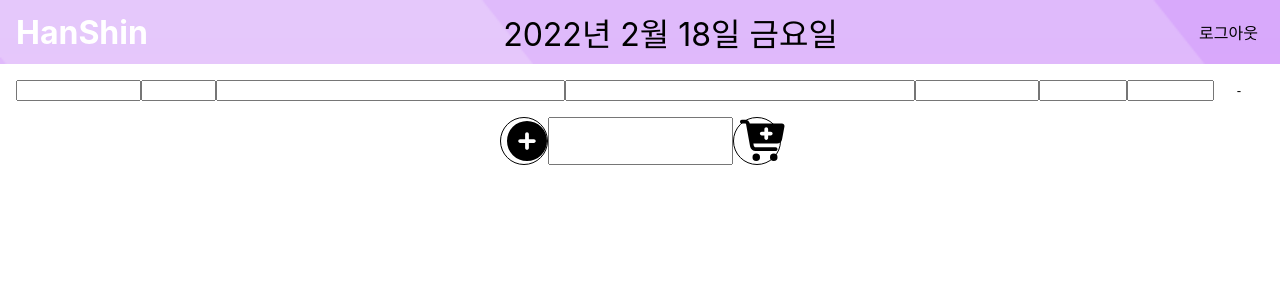
Repository: SeungYn/hanshinClient
Page: /add
These files come from the project's save history. The page is drawn as it stood at one moment and after a run of saves; the edit follows.
The browser window is 1280 px wide. The pictures show the whole page.
The project was rebuilt for these pictures with package versions that can differ from the ones it lists, and the page was loaded fresh each time. Also part of the build but not shown: src/App.css, src/components/item/item.jsx, src/components/package/package.module.css, src/components/package/package.jsx.

Above is the page before, as saved 2022-02-20 02:49:36.

### public/index.html
<!DOCTYPE html>
<html lang="en">
  <head>
    <meta charset="utf-8" />
    <link rel="icon" href="%PUBLIC_URL%/favicon.ico" />
    <meta name="viewport" content="width=device-width, initial-scale=1" />
    <meta name="theme-color" content="#000000" />
    <meta
      name="description"
      content="Web site created using create-react-app"
    />
  </head>
  <body>
    <div id="root"></div>
  </body>
</html>

### src/index.js
import React from 'react';
import ReactDOM from 'react-dom';
import './index.css';
import App from './App';
import { BrowserRouter } from 'react-router-dom';
ReactDOM.render(
  <React.StrictMode>
    <BrowserRouter>
      <App />
    </BrowserRouter>
  </React.StrictMode>,
  document.getElementById('root')
);

### src/index.css
html {
  height: 100%;
}
body {
  margin: 0;
  font-family: -apple-system, BlinkMacSystemFont, 'Segoe UI', 'Roboto', 'Oxygen',
    'Ubuntu', 'Cantarell', 'Fira Sans', 'Droid Sans', 'Helvetica Neue',
    sans-serif;
  -webkit-font-smoothing: antialiased;
  -moz-osx-font-smoothing: grayscale;
  height: 100%;
}
h1 {
  margin: 0;
}
code {
  font-family: source-code-pro, Menlo, Monaco, Consolas, 'Courier New',
    monospace;
}

* {
  box-sizing: border-box;
}
p,
h2 {
  margin: 0;
  padding: 0;
}

ul {
  list-style: none;
  margin: 0;
  padding: 0;
}

### src/App.jsx
import './App.css';
import Header from './components/header/header';
import Package from './components/package/package';
import { Route, Routes } from 'react-router-dom';
import AddBoxs from './addboxs/addBoxs';
function App() {
  return (
    <div className='app'>
      <Header />
      <Routes>
        <Route exact path='/' element={<Package />} />
        <Route exact path='/add' element={<AddBoxs />} />
      </Routes>
    </div>
  );
}

export default App;

### src/components/header/header.jsx
import React, { useEffect, useState } from 'react';
import styles from './header.module.css';

const Header = (props) => {
  const [date, setDate] = useState(new Date());
  const [month, setMonth] = useState('');
  const [year, setYear] = useState('');
  const [day, setDay] = useState('');
  const [dates, setDates] = useState('');

  useEffect(() => {
    setMonth(date.getMonth() + 1);
    switch (date.getDay()) {
      case 0:
        setDay('일');
        break;
      case 1:
        setDay('월');
        break;
      case 2:
        setDay('화');
        break;
      case 3:
        setDay('수');
        break;
      case 4:
        setDay('목');
        break;
      case 5:
        setDay('금');
        break;
      case 6:
        setDay('토');
        break;
    }
    setYear(date.getFullYear());
    setDates(date.getDate());
  }, [date, month, year, dates, day]);

  return (
    <header className={styles.header}>
      <h1 className={styles.title}>HanShin</h1>
      <p
        className={styles.day}
      >{`${year}년 ${month}월 ${dates}일 ${day}요일`}</p>
      <nav className={styles.menu}>
        <button className={styles.menu__item}>로그아웃</button>
      </nav>
    </header>
  );
};

export default Header;

### src/addboxs/addBoxs.jsx
import React, { useRef, useState } from 'react';
import styles from './addBoxs.module.css';
import { FontAwesomeIcon } from '@fortawesome/react-fontawesome';
import { faCirclePlus, faCartPlus } from '@fortawesome/free-solid-svg-icons';

const AddBoxs = (props) => {
  const [boxList, setBoxList] = useState([
    {
      date: '',
      kind: '',
      sender: '',
      receiver: '',
      receivedDate: '',
      position: '',
      name: '',
    },
  ]);

  const countRef = useRef();

  const onSubmit = (e) => {
    e.console.log(1);
  };

  const onChange = (event, index) => {
    const boxs = [...boxList];
    const name = event.currentTarget.name;
    const value = event.currentTarget.value;

    boxs[index][name] = value;
    setBoxList(boxs);

    // switch (name) {
    //   case 'date':
    //     boxs[index][name] = value;
    //     return setBoxList(boxs);
    //   case 'kind':
    //     boxs[index][name] = value;
    //     return setBoxList(boxs);
    //   case 'sender':
    //     boxs[index][name] = value;
    //     return setBoxList(boxs);
    //   case 'receiver':
    //     boxs[index][name] = value;
    //     return setBoxList(boxs);
    //   case 'receivedDate':
    //     boxs[index][name] = value;
    //     return setBoxList(boxs);
    //   case 'position':
    //     boxs[index][name] = value;
    //     return setBoxList(boxs);
    //   case 'name':
    //     boxs[index][name] = value;
    //     return setBoxList(boxs);
    // }
  };

  const onAdd = () => {
    setBoxList([
      ...boxList,
      {
        date: '',
        kind: '',
        sender: '',
        receiver: '',
        receivedDate: '',
        position: '',
        name: '',
      },
    ]);
  };

  const onMultiAdd = () => {
    const count = countRef.current.value;
    const boxs = [...boxList];
    for (let i = 0; i < count; i++) {
      boxs.push({
        date: '',
        kind: '',
        sender: '',
        receiver: '',
        receivedDate: '',
        position: '',
        name: '',
      });
    }
    setBoxList(boxs);
  };

  const onRemove = (event, index) => {
    const boxs = [...boxList];
    boxs.splice(index, 1);
    setBoxList(boxs);
  };

  return (
    <section className={styles.addContainer}>
      <form onSubmit={onSubmit} className={styles.addForm}>
        {boxList.map((box, index) => {
          return (
            <div className={styles.items} key={index}>
              <input
                type='text'
                name='date'
                onChange={(event) => onChange(event, index)}
                value={box.date}
              />
              <input
                type='text'
                name='kind'
                onChange={(event) => onChange(event, index)}
                value={box.kind}
              />
              <input
                type='text'
                name='sender'
                onChange={(event) => onChange(event, index)}
                value={box.sender}
              />
              <input
                type='text'
                name='receiver'
                onChange={(event) => onChange(event, index)}
                value={box.receiver}
              />
              <input
                type='text'
                name='receivedDate'
                onChange={(event) => onChange(event, index)}
                value={box.receivedDate}
              />
              <input
                type='text'
                name='position'
                onChange={(event) => onChange(event, index)}
                value={box.position}
              />
              <input
                type='text'
                name='name'
                onChange={(event) => onChange(event, index)}
                value={box.name}
              />
              <button type='button' onClick={(event) => onRemove(event, index)}>
                -
              </button>
            </div>
          );
        })}
      </form>
      <div className={styles.bottomBtn}>
        <button className={styles.addBtn} onClick={onAdd}>
          <FontAwesomeIcon icon={faCirclePlus} size='3x' />
        </button>
        <input type='text' name='count' ref={countRef} />
        <button className={styles.addBtn} onClick={onMultiAdd}>
          <FontAwesomeIcon icon={faCartPlus} size='3x' />
        </button>
      </div>
    </section>
  );
};

export default AddBoxs;

### src/components/header/header.module.css
header {
  background: no-repeat url('./backimg.png');
  background-size: cover;
  height: 4rem;
  display: flex;
  justify-content: space-between;
  align-items: center;
  padding: 0.1rem 1rem;
}

.title {
  color: white;
}
.day {
  font-size: 2rem;
}
.menu__item {
  border: 0;
  background: none;
  font-size: 1rem;
}

### src/addboxs/addBoxs.module.css
.addContainer {
  width: 100%;
  display: flex;
  flex-direction: column;
  align-items: center;
}

.addForm {
  width: 100%;
  padding: 1rem;
}

.items {
  display: grid;
  grid-template-columns: 10% 6% 28% 28% 10% 7% 7% 4%;
  align-items: center;
}

button {
  border: 0px;
  background-color: transparent;
}

.bottomBtn {
  display: flex;
}

.addBtn {
  width: 3rem;
  height: 3rem;
  border: 1px solid black;
  border-radius: 50%;
}

.test {
  width: 112px;
}

### src/components/item/item.module.css
.items {
  display: grid;
  grid-template-columns: 10% 6% 30% 30% 10% 7% 7%;
  align-items: center;
  border: 1px solid black;
}

.items:hover {
  background-color: #fef6ff;
}

p {
  /* 크기를 넘기면 자동으로 줄바꿈 */
  text-align: center;
  overflow-wrap: break-word;
}

After the next 2 saves:
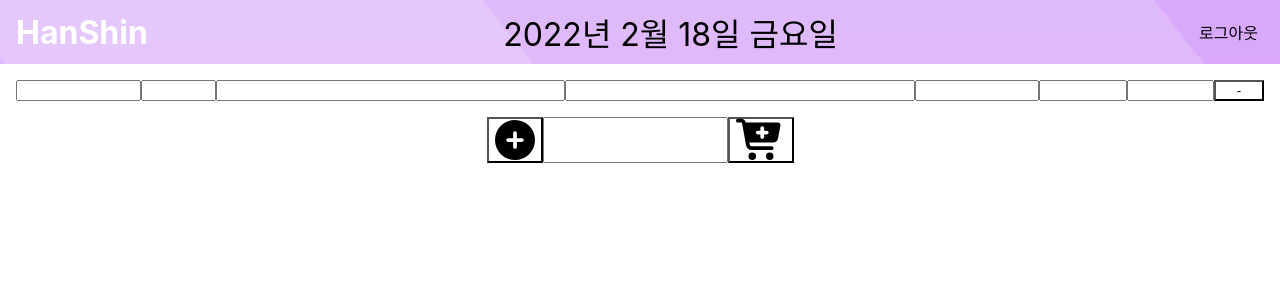
The 2 saves are shown as one change because they came seconds apart.
The last was saved 28 s later.
--- a/src/addboxs/addBoxs.module.css
+++ b/src/addboxs/addBoxs.module.css
@@ -17,7 +17,6 @@
 }
 
 button {
-  border: 0px;
   background-color: transparent;
 }
 
@@ -26,10 +25,6 @@ button {
 }
 
 .addBtn {
-  width: 3rem;
-  height: 3rem;
-  border: 1px solid black;
-  border-radius: 50%;
 }
 
 .test {
